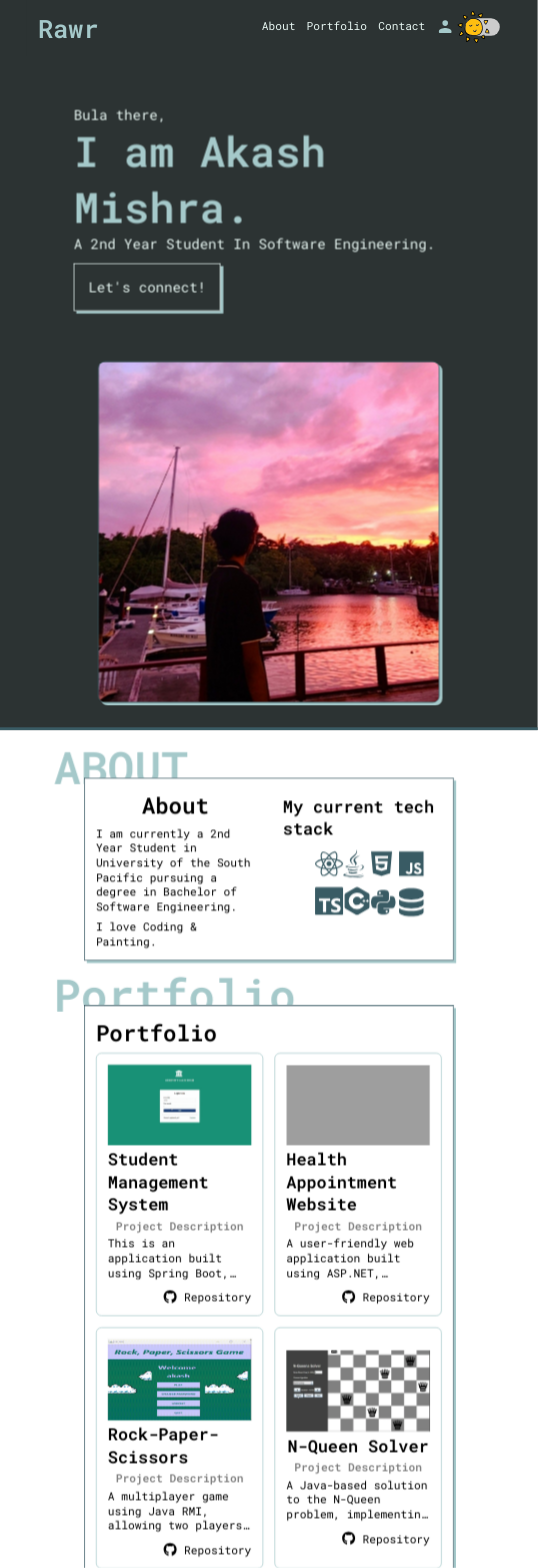
Repository: akashrawr/portfolio
Page: /
The author's editor kept a copy of each file at every save. The page is drawn from the files as they stood at one save, then again after the next save.
The browser window is 768 px wide. The pictures show the part of the page from y = 0 to 2240 px (the page is 2785 px tall before and 2820 px after), at 70% of full size.
Pictures or frames that could not be fetched are drawn as grey boxes. The project was rebuilt for these pictures with package versions that can differ from the ones it lists, and the page was loaded fresh each time.

Above is the page before, as saved 2025-01-01 21:04:42.

After the next save:
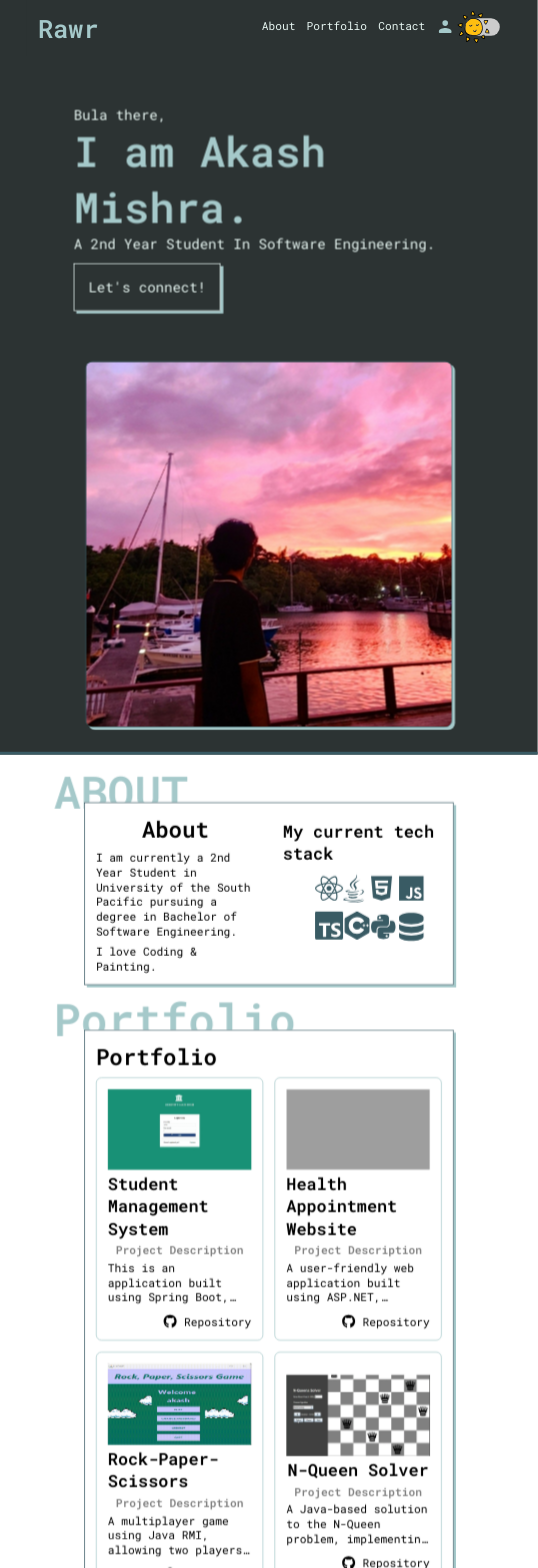
Saved 13 s later.
--- a/src/App.css
+++ b/src/App.css
@@ -304,7 +304,7 @@ section {
     margin-top: 20px;
   }
   .hero-image {
-    max-width: 70%;
+    max-width: 75%;
     height: auto;
   }
   .hero-text-container {
